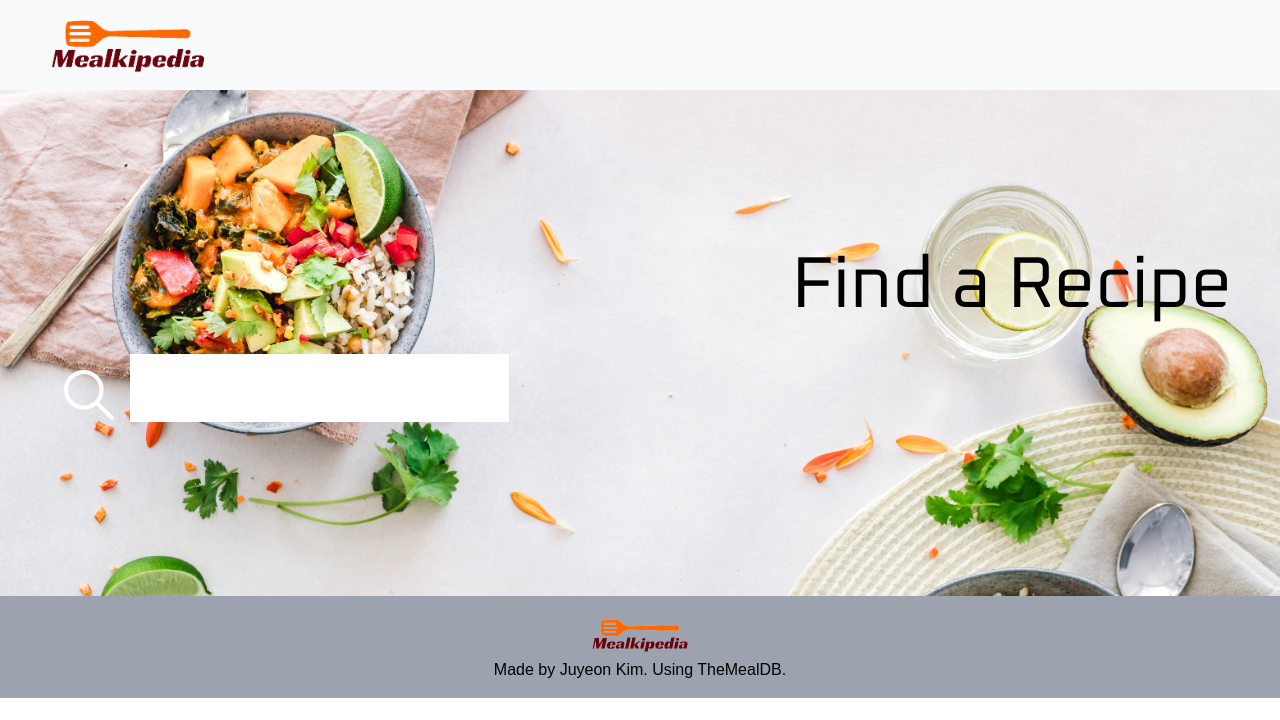
Repository: Jay-JYKim91/grj_mealkipedia
Page: /
An editor plug-in stored every save of this project. The page is shown before and after the next save, followed by the edit.
The browser window is 1280 px wide. The pictures show the whole page.
Some web fonts or font styles are not loaded; a fallback is used. The project was rebuilt for these pictures with package versions that can differ from the ones it lists, and the page was loaded fresh each time. Also part of the build but not shown: src/pages/recipe/recipe.tsx, src/pages/search/search.tsx.

Above is the page before, as saved 2022-06-21 15:34:11.

After the next save:
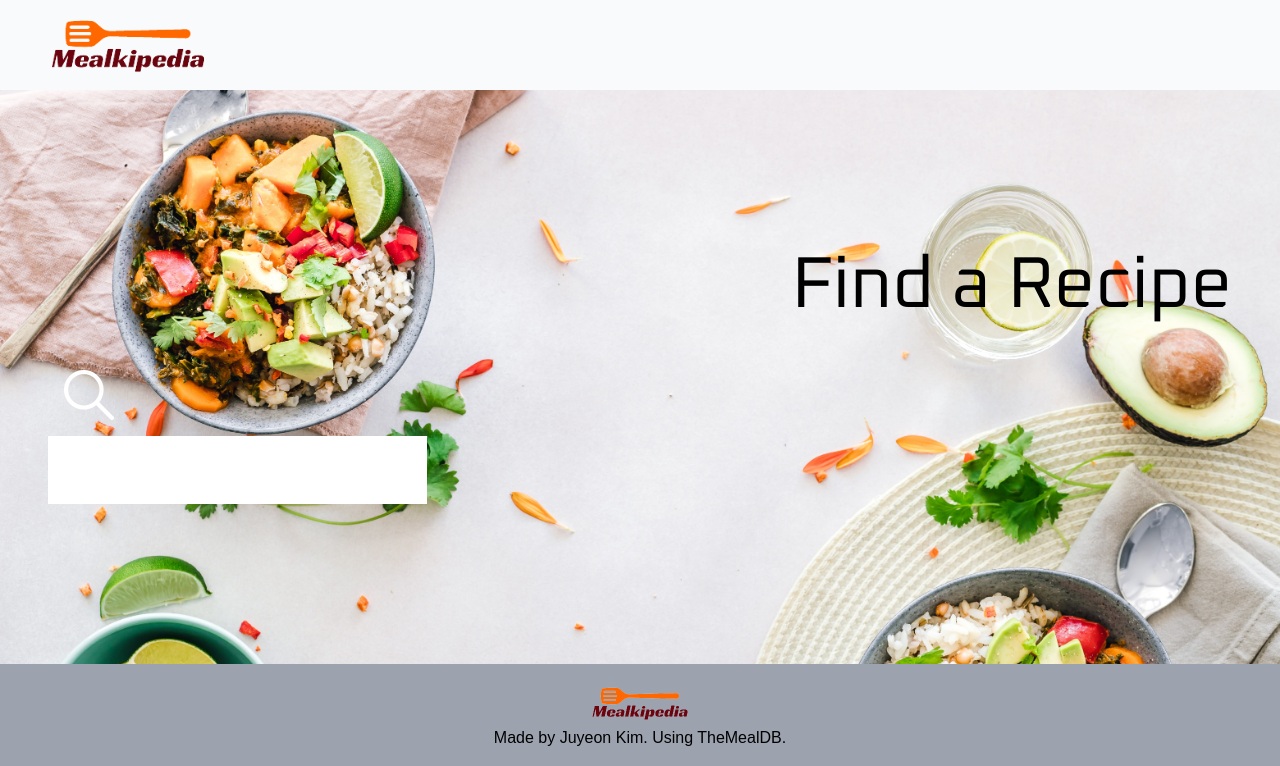
Saved 38 s later.
--- a/src/pages/home/home.tsx
+++ b/src/pages/home/home.tsx
@@ -5,7 +5,7 @@
     return (
         <section className="px-12 py-40 bg-cover bg-[url('images/main_background.jpg')] text-right">
             <h1 className="font-body1_font text-7xl mb-8">Find a Recipe</h1>
-            <button className="flex justify-end">
+            <button className="block">
                 <img src="./search.png" alt="search" className="p-4" />
                 <input type="search" className="p-4 text-3xl font-body1_font" />
             </button>

After the save that followed:
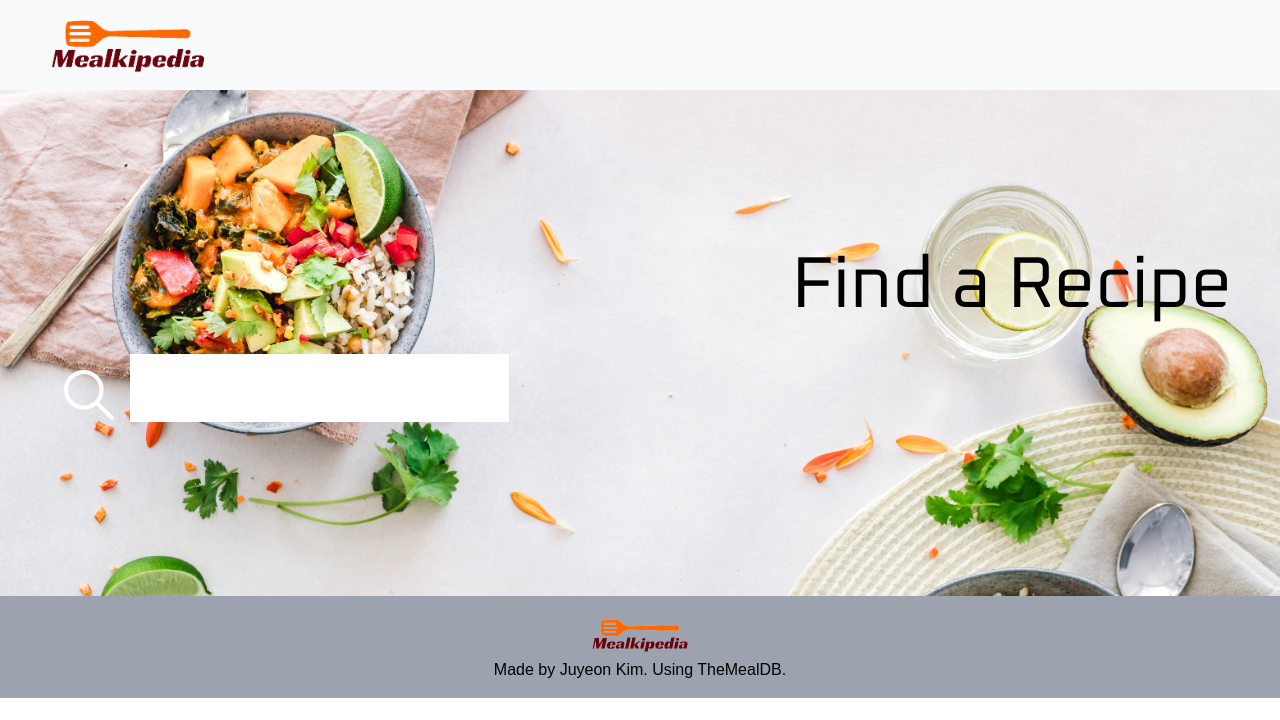
Saved 5 s later.
--- a/src/pages/home/home.tsx
+++ b/src/pages/home/home.tsx
@@ -5,7 +5,7 @@
     return (
         <section className="px-12 py-40 bg-cover bg-[url('images/main_background.jpg')] text-right">
             <h1 className="font-body1_font text-7xl mb-8">Find a Recipe</h1>
-            <button className="block">
+            <button className="flex">
                 <img src="./search.png" alt="search" className="p-4" />
                 <input type="search" className="p-4 text-3xl font-body1_font" />
             </button>
